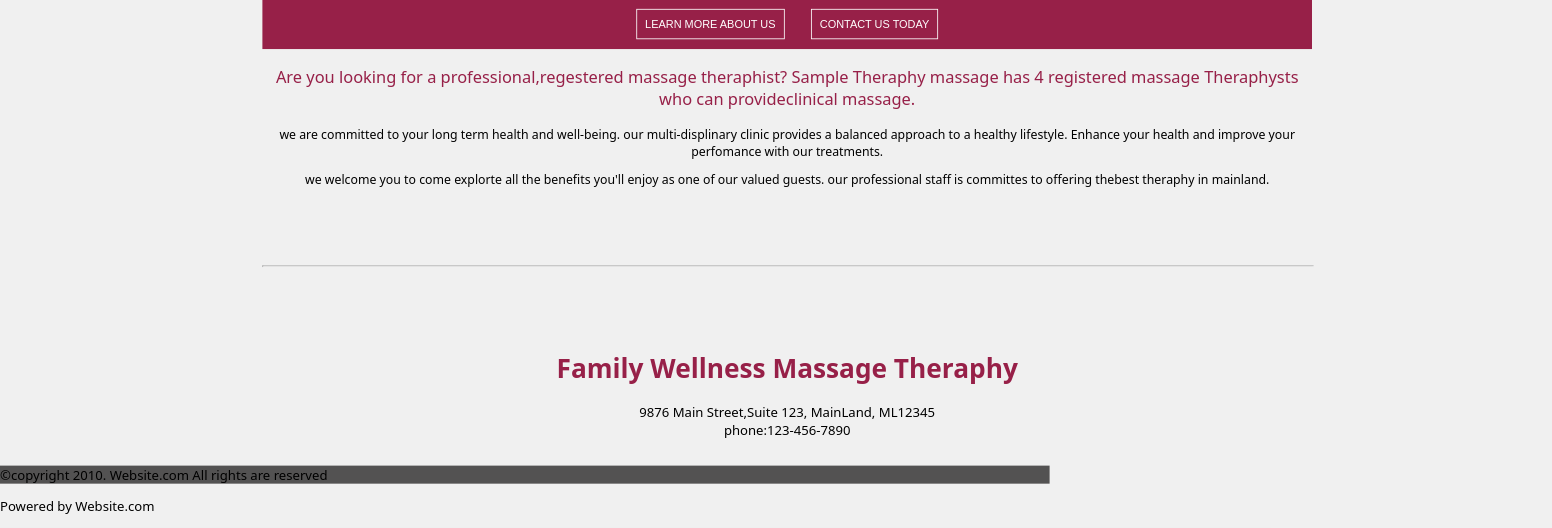
Repository: sriram1224/reactas1.github.io
Page: /
These files come from the project's save history. The page is drawn as it stood at one moment and after the next save; the edit follows.
The browser window is 1280 px wide. The page is 1893 px wide, so the pictures cover 1893 px, including what lies to the right of the window. The pictures show the part of the page from y = 1073 to 1717 px (the page is 1717 px tall), at 82% of full size.
Some web fonts or font styles are not loaded; a fallback is used. The project was rebuilt for these pictures with package versions that can differ from the ones it lists, and the page was loaded fresh each time. Also part of the build but not shown: src/App.css.

Above is the page before, as saved 2024-03-05 20:02:51.

After the next save:
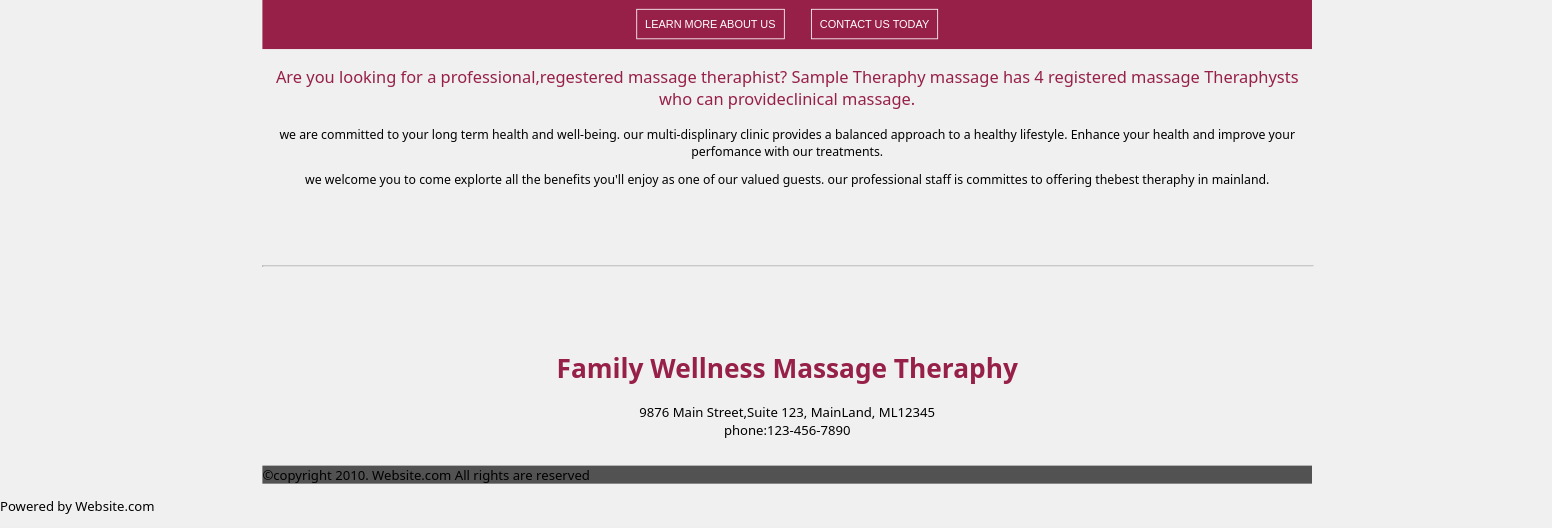
Saved 64 s later.
--- a/src/Components/Footer.css
+++ b/src/Components/Footer.css
@@ -1,4 +1,8 @@
 .footer-element1{
 
-    background-color: #535252
+    background-color: #535252;
+    color: black;
+    width:80rem;
+    margin-left: 20rem;
+
 }
